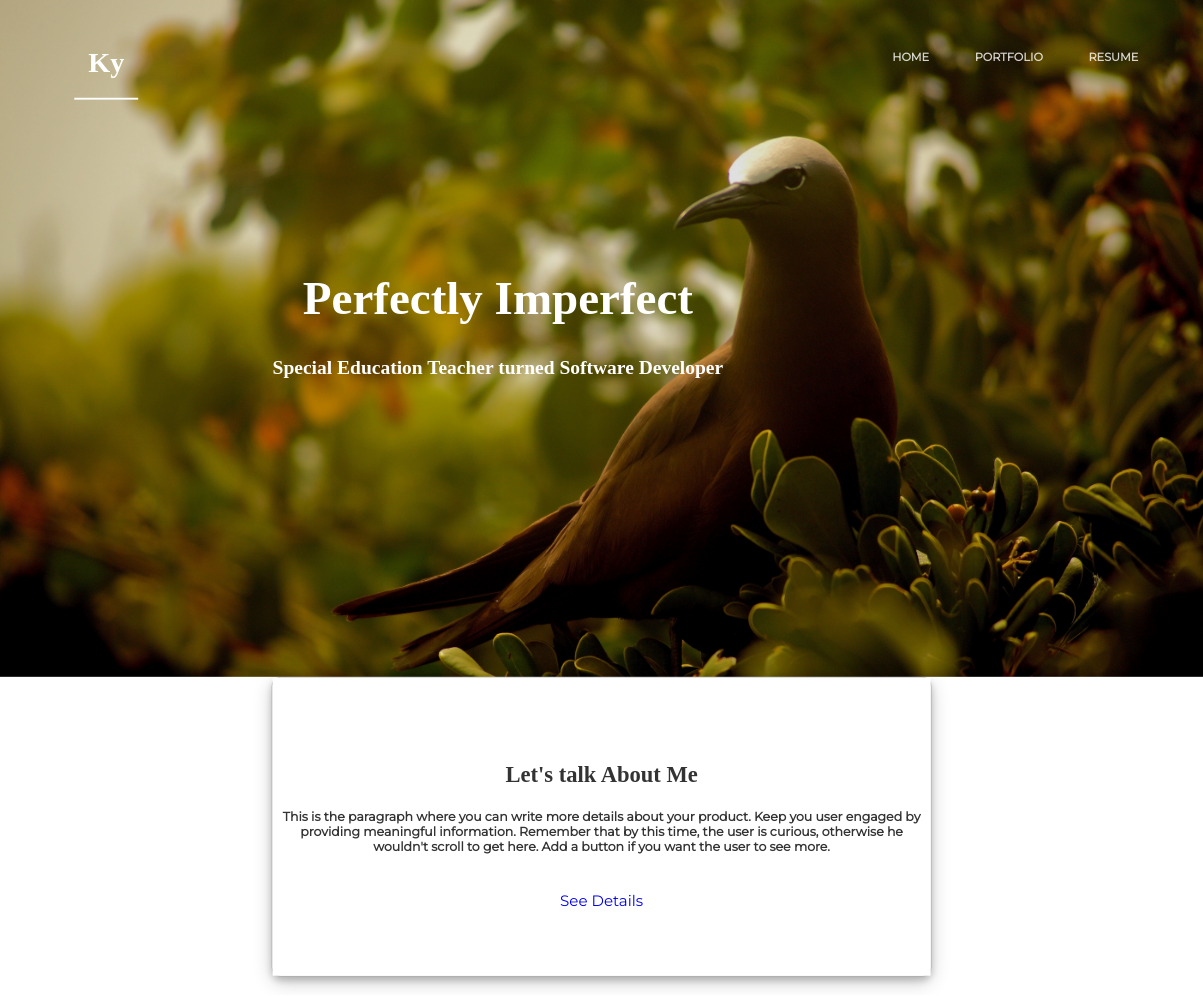
Repository: kkyler24/Perfectly-Imperfect
Page: / (app in imperfect/)
The author's editor kept a copy of each file at every save. The page is drawn from the files as they stood at one save, then again after the next save.
The browser window is 1280 px wide. The pictures show the whole page, at 94% of full size.
Some web fonts or font styles are not loaded; a fallback is used. The project was rebuilt for these pictures with package versions that can differ from the ones it lists, and the page was loaded fresh each time.

Above is the page before, as saved 2020-07-23 22:39:53.

### imperfect/public/index.html
<!DOCTYPE html>
<html lang="en">
  <head>
    <meta charset="utf-8" />
    <link rel="icon" href="%PUBLIC_URL%/favicon.ico" />
    <meta name="viewport" content="width=device-width, initial-scale=1" />
    <meta name="theme-color" content="#000000" />
    <meta
      name="description"
      content="Web site created using create-react-app"
    />
    <link rel="apple-touch-icon" href="%PUBLIC_URL%/logo192.png" />

    <link rel="manifest" href="%PUBLIC_URL%/manifest.json" />

    <link
      href="https://fonts.googleapis.com/css2?family=Montserrat&family=Petit+Formal+Script&display=swap"
      rel="stylesheet"
    />

    <title>React App</title>
  </head>
  <body>
    <noscript>You need to enable JavaScript to run this app.</noscript>
    <div id="root"></div>
  </body>
</html>

### imperfect/src/App.js
import React from "react";
import logo from "./logo.svg";
import "./App.css";
import Nav from "./Components/navbarComponent/navbar.js";
import PGHeader from "./Components/Headerindex/header.js";
import AboutMe from "./Components/aboutMeIndex/aboutme.js";

function App() {
  return (
    <div className="App">
      <Nav />
      <PGHeader />
      <AboutMe />
    </div>
  );
}

export default App;

### imperfect/src/App.css
body {
  color: #66615b;
  font-size: 16px;
  font-weight: 300;
  font-family: Montserrat, Helvetica, Arial, sans-serif;
  box-sizing: border-box;
  display: block;
}

.App-header {
  background-color: #282c34;
  min-height: 100vh;
  display: flex;
  flex-direction: column;
  align-items: center;
  justify-content: center;
  font-size: calc(10px + 2vmin);
  color: white;
}

.App-link {
  color: #61dafb;
}

@keyframes App-logo-spin {
  from {
    transform: rotate(0deg);
  }
  to {
    transform: rotate(360deg);
  }
}

### imperfect/src/Components/navbarComponent/navbar.js
import React from "react";
import "./navbar.css";

function NavBar() {
  return (
    <div>
      <nav
        color-on-scroll="300"
        class="fixed-top navbar-transparent navbar navbar-expand-lg"
      >
        <div class="container-fluid">
          <div class="navbar-translate">
            <a
              id="Kytitle"
              data-placement="bottom"
              target="_blank"
              title="Coded by Creative Tim"
              class="navbar-brand"
              href="#/index"
            >
              Ky
            </a>
            <button aria-expanded="false" class="navbar-toggler navbar-toggler">
              <span class="navbar-toggler-bar bar1"></span>
              <span class="navbar-toggler-bar bar2"></span>
              <span class="navbar-toggler-bar bar3"></span>
            </button>
          </div>
          <div class="justify-content-end collapse navbar-collapse">
            <ul class="navbar-nav">
              <li class="nav-item">
                <a
                  data-placement="bottom"
                  href="https://www.linkedIn"
                  target="_blank"
                  title="Let's connect on LinkedIn"
                  class="nav-link"
                >
                  {/* <i class="fa fa-linkedIn"></i> */}
                </a>
              </li>
              <li class="nav-item">
                <a
                  data-placement="bottom"
                  href="https://www.linkedIn"
                  target="_blank"
                  title="Let's connect on LinkedIn"
                  class="nav-link"
                >
                  {/* <i class="fa fa-linkedIn"></i> */}
                </a>
              </li>
              <li class="nav-item">
                <a
                  data-placement="bottom"
                  href="https://twitter.com/CreativeTim?ref=creativetim"
                  target="_blank"
                  title="Follow us on Twitter"
                  class="nav-link"
                >
                  {/* <i class="fa fa-twitter"></i> */}
                  <p class="d-lg-none"></p>
                </a>
                <li class="nav-item mr-2rem">
                  <a
                    data-placement="bottom"
                    href="https://www.github.com/CreativeTimOfficial?ref=creativetim"
                    target="_blank"
                    title="Star on GitHub"
                    class="nav-link"
                  >
                    {/* <i class="fa fa-github"></i> */}
                    <p class="d-lg-none"></p>
                  </a>
                </li>
              </li>
              <li class="nav-item">
                <a class="nav-link" href="#/index">
                  <i class="nc-icon nc-layout-11"></i> Home
                </a>
              </li>
              <li class="nav-item">
                <a class="nav-link" href="#/index">
                  <i class="nc-icon nc-layout-11"></i> Portfolio
                </a>
              </li>
              <li class="nav-item">
                <a target="_blank" class="nav-link" href="#/documentation">
                  <i class="nc-icon nc-book-bookmark"></i> Resume
                </a>
              </li>

              <li class="nav-item">
                <a
                  data-placement="bottom"
                  href="https://www.github.com/CreativeTimOfficial?ref=creativetim"
                  target="_blank"
                  title="Star on GitHub"
                  class="nav-link"
                >
                  {/* <i class="fa fa-github"></i> */}
                  <p class="d-lg-none"></p>
                </a>
              </li>
            </ul>
          </div>
        </div>
      </nav>
    </div>
  );
}
export default NavBar;

### imperfect/src/Components/Headerindex/header.js
import React from "react";
import "./Indexheader.css";

function PageHeader(props) {
  return (
    <div id="background" className="page-header" data-parallax="true">
      <div className="filter"></div>
      <div className="headerContainer">
        <div className="motto text-center">
          <h1>Perfectly Imperfect</h1>
          <h5>Special Education Teacher turned Software Developer</h5>
          <br />
        </div>
      </div>
    </div>
  );
}
export default PageHeader;

### imperfect/src/Components/aboutMeIndex/aboutme.js
import React from "react";
import "./aboutme.css";

function Aboutme() {
  return (
    <div className=" card aboutMain">
      <div className="sectionAB text-center">
        <div className="ABcontainer">
          <div class="row">
            <div class="ml-auto mr-auto col-md-8">
              <h2 class="titleAB">Let's talk About Me</h2>
              <h5 class="descriptionAB">
                This is the paragraph where you can write more details about
                your product. Keep you user engaged by providing meaningful
                information. Remember that by this time, the user is curious,
                otherwise he wouldn't scroll to get here. Add a button if you
                want the user to see more.
              </h5>
              <br />
              <a href="#pablo" class="btn-round btn btn-info">
                See Details
              </a>
            </div>
          </div>
        </div>
      </div>
    </div>
  );
}
export default Aboutme;

### imperfect/src/Components/navbarComponent/navbar.css
/* navbar */
#Kytitle {
  font-family: "Petit Formal Script", cursive;
  font-size: 30px;
  color: #fff;
  border-bottom: solid 2px rgb(255, 255, 255);
  text-transform: capitalize;
}

.navbar.navbar-transparent {
  background: transparent !important;
  padding-top: 25px;
  box-shadow: none;
}

.navbar.navbar-transparent .navbar-brand {
  color: rgb(20, 3, 3);
}

.navbar .navbar-brand {
  font-weight: 600;
  margin: 5px 0;
  padding: 20px 15px;
  font-size: 14px;
  text-transform: uppercase;
}

.navbar-nav {
  display: flex;
  flex-direction: column;
  padding-left: 0;
  margin-bottom: 0;
  list-style: none;
}
.navbar-brand {
  display: inline-block;
  padding-top: 0.3125rem;
  padding-bottom: 0.3125rem;
  margin-right: 1rem;
  font-size: 1.25rem;
  line-height: inherit;
  white-space: nowrap;
}

.navbar {
  border: 0;
  font-size: 14px;
  padding: 0;
  font-family: "Montserrat", "Helvetica", Arial, sans-serif;
  font-weight: 300;
  align-items: center;
  display: flex;
}
.navbar > .container-fluid {
  display: flex;
  flex-wrap: wrap;
  align-items: center;
  justify-content: space-between;
}

.nav-link {
  display: block;
}

.navbar-toggler {
  padding: 0.25rem 0.75rem;
  font-size: 1.25rem;
  line-height: 1;
  background-color: transparent;
  border: 1px solid transparent;
  border-radius: 0.25rem;
}
button {
  text-transform: none;
  overflow: visible;
  -webkit-font-smoothing: antialiased;
  font-family: "Montserrat", "Helvetica", Arial, sans-serif;
  font-weight: 300;
  margin: 0;
  text-rendering: auto;
  color: -internal-light-dark(buttontext, rgb(170, 170, 170));
  letter-spacing: normal;
  word-spacing: normal;
  text-indent: 0px;
  text-shadow: none;
  display: inline-block;
  text-align: center;
  align-items: flex-start;
  font: 400 13.3333px Arial;
}
.navbar .navbar-toggler .navbar-toggler-bar {
  display: block;
  position: relative;
  width: 24px;
  height: 2px;
  border-radius: 1px;
  margin: 0 auto;
}

.navbar.navbar-transparent .navbar-toggler .navbar-toggler-bar {
  background: #fff !important;
}

.navbar-transparent .navbar-nav .nav-item .nav-link:not(.btn) {
  color: #fff;
  border-color: #fff;
}

.navbar .navbar-toggler .navbar-toggler-bar + .navbar-toggler-bar {
  margin-top: 4px;
}

.navbar .navbar-nav .nav-item .nav-link {
  line-height: 1.6;
  margin: 15px 3px;
  padding: 10px 15px;
  opacity: 0.8;
  font-size: 12px;
  text-transform: uppercase;
  font-weight: 600;
}

.navbar .navbar-nav .nav-item .nav-link p {
  margin: 0;
  text-transform: uppercase;
  font-weight: 600;
  font-size: 12px;
  line-height: 1.5em;
  padding: 15px 0;
}

button:not(:disabled) {
  cursor: pointer;
}

.container-fluid {
  width: 100%;
  padding-right: 15px;
  padding-left: 15px;
  margin-right: 0%;
  margin-left: 5%;
}

.fixed-top {
  position: fixed;
  right: 0;
  left: 0;
  z-index: 1030;
  /* not needed for fixed bottom */
  top: 0;
}

a {
  text-decoration: none;
  background-color: transparent;
}

.collapse:not(.show) {
  display: none;
}

.justify-content-end,
ul {
  justify-content: flex-end !important;
}

.navbar-collapse {
  flex-basis: 100%;
  flex-grow: 1;
  align-items: center;
}

ul {
  margin-top: 0;
}

.navbar .navbar-nav .nav-item .nav-link [class^="fa"] {
  font-size: 17px;
  position: relative;
  right: 5px;
}
.fa {
  width: 18px;
  text-align: center;
}
.fa {
  display: inline-block;
  font: normal normal normal 14px/1 FontAwesome;
  text-rendering: auto;
  -webkit-font-smoothing: antialiased;
}

.nc-icon {
  display: inline-block;
  font: normal normal normal 14px/1 "nucleo-icons";
  font-size: inherit;
  text-transform: none;
  -webkit-font-smoothing: antialiased;
}

.nc-layout-11:before {
  content: "\ea36";
}

.nc-book-bookmark:before {
  content: "\ea0f";
}

.fa-github:before {
  content: "\f09b";
}

:before {
  box-sizing: border-box;
}

.navbar .navbar-collapse .nav-item .nav-link p {
  display: inline;
}

/* media Q navbar */
@media (min-width: 992px) {
  .navbar-expand-lg {
    flex-flow: row nowrap;
    justify-content: flex-start;
  }
  .navbar {
    justify-content: space-between;
  }
}
/* Li */
@media (min-width: 992px) {
  .navbar-expand-lg .navbar-nav {
    flex-direction: row;
  }
}
@media screen and (max-width: 991px) {
  .navbar-collapse ul {
    position: relative;
    z-index: 3;
    height: 95%;
  }
}

@media screen and (max-width: 991px) {
  .navbar-collapse .navbar-nav > .nav-item > .nav-link {
    color: #9a9a9a !important;
  }
}

@media screen and (max-width: 991px) {
  .navbar-collapse {
    position: fixed;
    display: block !important;
    top: 0;
    width: 230px;
    right: 0;
    z-index: 1032;
    visibility: visible;
    background-color: #999;
    overflow-y: visible;
    border-top: none;
    text-align: left;
    border-left: 1px solid #ccc5b9;
    padding-right: 0;
    padding-left: 40px;
    padding-top: 15px;
    transform: translateX(230px);
    transition: all 0.33s cubic-bezier(0.685, 0.0473, 0.346, 1);
  }
}

@media (max-width: 991.98px) {
  .navbar-expand-lg > .container-fluid {
    padding-right: 0;
    padding-left: 0;
  }
}

@media (min-width: 768px) {
  .container-fluid {
    max-width: 720px;
  }
}

@media (min-width: 992px) {
  .container-fluid {
    max-width: 100%;
  }
}

@media screen and (max-width: 991px) {
  .navbar-translate {
    width: 100%;
    position: relative;
    display: flex;
    justify-content: space-between !important;
    align-items: center;
    transform: translateX(0);
    transition: all 0.33s cubic-bezier(0.685, 0.0473, 0.346, 1);
  }
}

@media (min-width: 992px) {
  .navbar-expand-lg .navbar-toggler {
    display: none;
  }
}

@media screen and (max-width: 991px) {
  .navbar-collapse {
    height: 100% !important;
  }
}

@media (min-width: 992px) {
  .navbar-expand-lg .navbar-collapse {
    display: flex !important;
    flex-basis: auto;
  }
}
/*
@media (min-width: 576px) {
  .container-fluid {
    max-width: 540px;
  }
} */

@media (min-width: 992px) {
  .navbar-expand-lg > .container-fluid {
    flex-wrap: nowrap;
  }
}

### imperfect/src/Components/Headerindex/Indexheader.css
#background {
  background-image: url("../../Assets/imgs/brownnoodyGreatbirdisland.jpg");
  background-repeat: no-repeat;
  background-size: cover;
  height: 700px;
}

.page-header {
  background-position: 50%;
  background-size: cover;
  min-height: 100vh;
  max-height: 999px;
  overflow: hidden;
  position: relative;
  width: 100%;
  z-index: 1;
  display: flex;
  align-items: center;
  justify-content: center;
}

.page-header .filter:after {
  background-color: rgba(0, 0, 0, 0.125);
  content: "";
  display: block;
  height: 100%;
  left: 0;
  top: 0;
  position: absolute;
  width: 100%;
  z-index: 1;
}

.page-header .motto {
  z-index: 3;
  color: #fff;
  position: relative;
  width: max-content;
}

.headerContainer {
  font-family: "Petit Formal Script", cursive;
  display: inline-flex;
  width: 100%;
  /* font-weight: 200; */
  padding-right: 15px;
  padding-left: 15px;
  margin-right: auto;
  margin-left: auto;
  font-size: 50px;
  max-width: 700px !important;
}

.text-center {
  text-align: center !important;
}
div {
  display: block;
}

h1 {
  display: block;
  font-size: 2em;
  margin-block-start: 0.67em;
  margin-block-end: 0.67em;
  margin-inline-start: 0px;
  margin-inline-end: 0px;
  font-weight: bold;
}

/* media Q */
@media (min-width: 992px) {
  .headerContainer {
    max-width: 960px;
  }
}

@media (min-width: 768px) {
  .headerContainer {
    max-width: 720px;
  }
}

@media (min-width: 576px) {
  .headerContainer {
    max-width: 540px;
    font-size: 25px;
  }
}

@media (max-width: 576px) {
  .headerContainer {
    display: flex;
    flex-wrap: wrap;
    max-width: 540px !important;
    font-size: 20px;
    text-align: center;
  }
}

### imperfect/src/Components/aboutMeIndex/aboutme.css
.aboutMain .section:first-of-type {
  position: relative;
  z-index: 3;
  position: relative;
  background: #ffffff;
  margin: -60px 30px 0px;
  box-shadow: 0 16px 24px 2px rgba(0, 0, 0, 0.14),
    0 6px 30px 5px rgba(0, 0, 0, 0.12), 0 8px 10px -5px rgba(0, 0, 0, 0.2);
  border-radius: 6px;
  padding: 70px 0;
}

.card,
.aboutMain {
  width: 700px;
  border-radius: 12px;
  box-shadow: 0 4px 8px 0 rgba(0, 0, 0, 0.2), 0 6px 20px 0 rgba(0, 0, 0, 0.19);
  text-align: center;
  background-color: #fff;
  color: #333;
  margin-bottom: 20px;
  position: relative;
  z-index: 3;
  border: 0;
  transition: transform 0.3s cubic-bezier(0.34, 2, 0.6, 1), box-shadow 0.2s ease;
  display: flex;
  flex-direction: column;
  min-width: 0;
  background-clip: border-box;
  border: 1px solid rgba(0, 0, 0, 0.25);
  border-radius: 10px;
  margin-left: auto;
  margin-right: auto;
}

.sectionAB {
  padding: 70px 0;
  background-color: #fff;
}

.text-center {
  text-align: center !important;
}

.titleAB {
  font-family: "Petit Formal Script", cursive;
}

.descriptionAB {
  font-family: "Montserrat", sans-serif;
}

Loaded but not shown: imperfect/src/index.js (common file); imperfect/src/index.css (common file); imperfect/src/serviceWorker.js (common file)

After the next save:
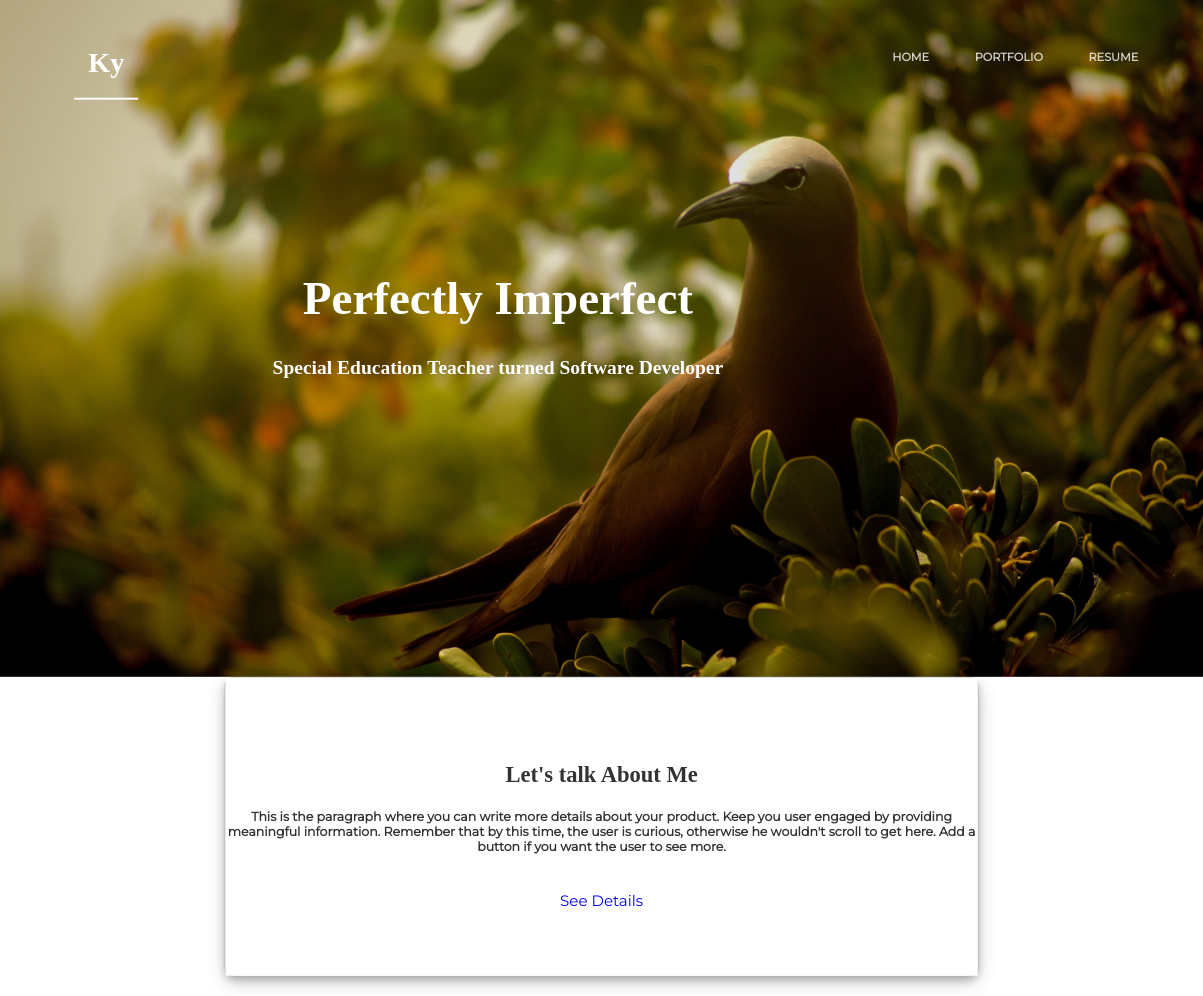
Saved 7 s later.
--- a/imperfect/src/Components/aboutMeIndex/aboutme.css
+++ b/imperfect/src/Components/aboutMeIndex/aboutme.css
@@ -12,7 +12,7 @@
 
 .card,
 .aboutMain {
-  width: 700px;
+  width: 800px;
   border-radius: 12px;
   box-shadow: 0 4px 8px 0 rgba(0, 0, 0, 0.2), 0 6px 20px 0 rgba(0, 0, 0, 0.19);
   text-align: center;
